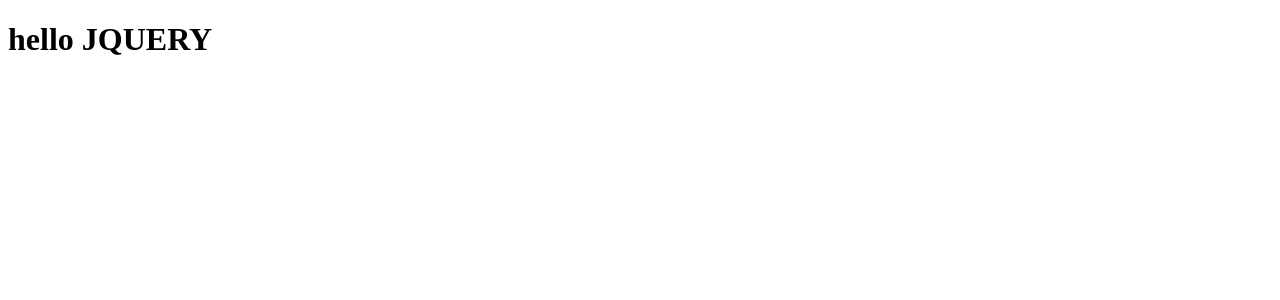
Repository: chopilyeon/JavaWeb
Page: LectureWeb/src/main/webapp/jquery/exam02.html
The author's editor kept a copy of each file at every save. The page is drawn from the files as they stood at one save, then again after the next save.
The browser window is 1280 px wide. The pictures show the whole page.

Above is the page before, as saved 2022-05-30 07:15:55.
Console error: SyntaxError: missing ) after argument list

### LectureWeb/src/main/webapp/jquery/exam02.html
<!DOCTYPE html>
<html>
<head>
<meta charset="UTF-8">
<title>Insert title here</title>

<!--css 먼저 정의한다음에 자바스크립트 적용해야함   -->

<style>
	h1{
		display:none
	}
</style>



<script src ="https://code.jquery.com/jquery-3.6.0.js"></script>

<script>
	$(document).ready(function(){
		alert('!')
	/* 	let h1Tag=document.getElementsByTagName('h1')[0]
		h1Tag=setAttribute("style","display:block"); // 속성을 추가함.
	 */
	 /*너무 귀찮음   */

	 //$('h1').show(3000) // display를 block으로 만들어줌 3초에 걸쳐서 보여줘 이런것임 show의 반대는 hide임. 접기 펼치기 이런 거 생각하면 됨
	 //$('h1').show('slow') // slow가 기본적으로 가지고 있는 초가 있음
	 $('h1').fadeIn(5000)
	 $('h1').slideDown(5000);


		//3초에 "Hello JQUERY" 문장을 보인 후, 글자색을 파란색으로 변경한 후,
		//슬라이드 효과로 올라갔다 내려갔다를 수행하고 배경색을 노란색으로 변경하자.  근데 배경색을 노란색, 글자색으로 빨간색으로 변경하고 싶으면?

		//css 먹히게 하고 싶을때 css라는 함수를 사용함.
		$('h1').show(3000).css('color','blue') //우리는 3초동안 등장시키고 파랑으로 바뀌게 끔 하고 싶은 거임
		//show 하면은 그냥 바로 ; 이 찍혀버리므로 css가 먹히지 않음
		//그래서  show를 수행하고 css 명령어가 먹혀야 됨
		//option으로 complete를 주어야 함 다 끝나고 duration동안 show를 다 수행하고 그 다음 속성을 수행하라는 것임
		$('h1').show(3000,function(){ //매개변수로 함수를 넘기면 complete 함수로 쓰고 있는 것임. 그래서
			$(this).css('color','blue') //this를 쓸 수 있음 실행되고 있는 내 태그
			$(this).slideUp(1000).slideDown(1000,fiunction(){
				$(this).css('background-color','yellow')
			})
		})


})


//슬라이드 효과로 올라갔다 내려갔다를 수행하고 배경색을 노란색으로 변경하자.  근데 배경색을 노란색, 글자색으로 빨간색으로 변경하고 싶으면?



// $('h1').show(3000).css('color','blue') //우리는 3초동안 등장시키고 파랑으로 바뀌게 끔 하고 싶은 거임
		//show 하면은 그냥 바로 ; 이 찍혀버리므로 css가 먹히지 않음
		//그래서  show를 수행하고 css 명령어가 먹혀야 됨
		//option으로 complete를 주어야 함 다 끝나고 duration동안 show를 다 수행하고 그 다음 속성을 수행하라는 것임
	//	$('h1').show(3000,function(){ //매개변수로 함수를 넘기면 complete 함수로 쓰고 있는 것임. 그래서
	//		$(this).css('color','blue'); //this를 쓸 수 있음 실행되고 있는 내 태그
		//	$(this).slideUp(1000).slideDown(1000,fiunction(){
				/*$(this).css('background-color','yellow').css('color','red') *///css 를 이렇게 계속 쓰는게 좋지 않음 json형태로 쓰더라
			//	$(this).css({
		//			color:'red',
			//		'background-color':yellow'

			//	})
		//	})
	//	})


// })





</script>


</head>
<body>

	<h1 style="display:block">hello JQUERY</h1>

</body>
</html>

After the next save:
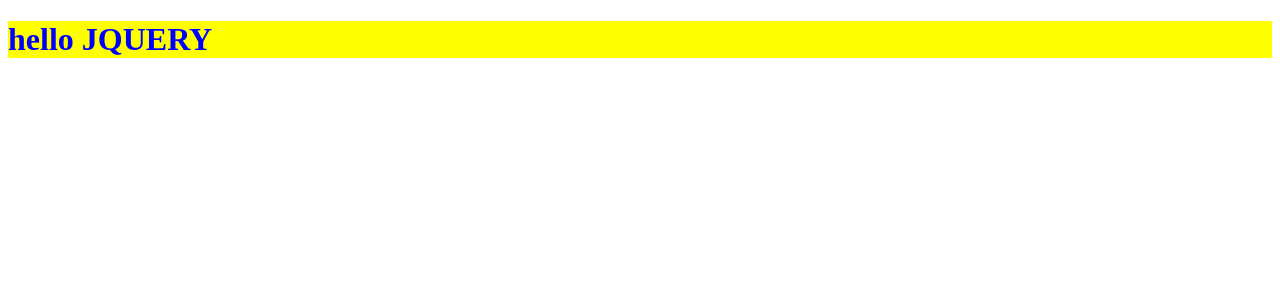
The error is gone.
Saved 26 s later.
--- a/LectureWeb/src/main/webapp/jquery/exam02.html
+++ b/LectureWeb/src/main/webapp/jquery/exam02.html
@@ -40,7 +40,7 @@
 		//option으로 complete를 주어야 함 다 끝나고 duration동안 show를 다 수행하고 그 다음 속성을 수행하라는 것임
 		$('h1').show(3000,function(){ //매개변수로 함수를 넘기면 complete 함수로 쓰고 있는 것임. 그래서
 			$(this).css('color','blue') //this를 쓸 수 있음 실행되고 있는 내 태그
-			$(this).slideUp(1000).slideDown(1000,fiunction(){
+			$(this).slideUp(1000).slideDown(1000,function(){
 				$(this).css('background-color','yellow')
 			})
 		})
